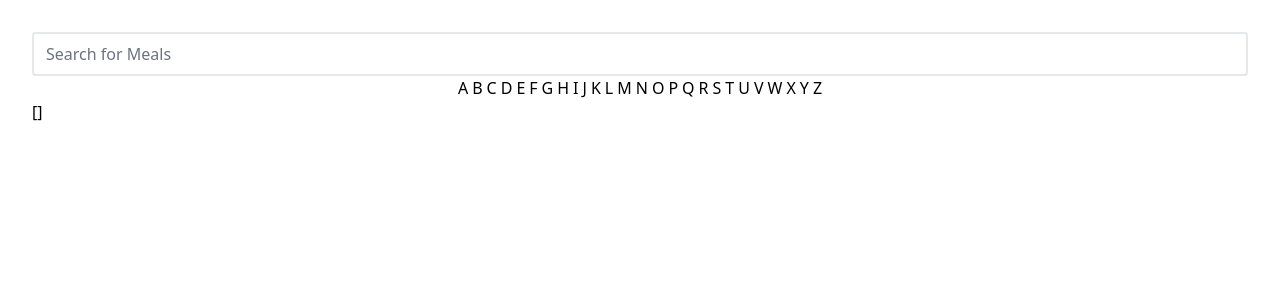
Repository: HalemX/meals
Page: /
The author's editor kept a copy of each file at every save. The page is drawn from the files as they stood at one save, then again after the next save.
The browser window is 1280 px wide. The pictures show the whole page.
The project was rebuilt for these pictures with package versions that can differ from the ones it lists, and the page was loaded fresh each time. Also part of the build but not shown: vite.config.js, src/pages/MealsList.vue.

Above is the page before, as saved 2024-02-08 15:07:52.

### src/main.js
import { createApp } from "vue";

import router from "./router";
import store from "./store";
import "./style.css";

import App from "./App.vue";

const app = createApp(App);
app.use(router);
app.use(store);

app.mount("#app");

### src/router/index.js
import { createRouter, createWebHistory } from "vue-router";

import Home from "../pages/Home.vue";
import MealsList from "../pages/MealsList.vue";

const routes = [
  {
    path: "/",
    name: "home",
    component: Home,
  },
  {
    path: "/letter/:letter",
    name: "byLetter",
    component: MealsList,
  },
];

const router = createRouter({
  history: createWebHistory(),
  routes,
});

export default router;

### src/store/index.js
import { createStore } from "vuex";

import mealsModule from "./modules/meals/index";

const store = createStore({
  modules: {
    mealsModule,
  },
});

export default store;

### src/App.vue
<template>
  <router-view />
</template>

<style scoped></style>

### src/pages/Home.vue
<template>
  <div class="flex flex-col p-8 justify-center">
    <input
      type="text"
      class="w-full rounded border-2 border-gray-200"
      placeholder="Search for Meals"
    />
    <div class="flex gap-1 justify-center">
      <router-link
        :to="{ name: 'byLetter', params: { letter } }"
        v-for="letter in letters"
        :key="letter"
      >
        {{ letter }}</router-link
      >
    </div>
    <div>{{ mealList }}</div>
  </div>
</template>

<script>
import { computed, ref } from "vue";
import { useStore } from "vuex";

export default {
  setup() {
    const store = useStore();
    const mealList = ref([]);
    const meals = computed(() => {
      return store.getters.getMeals;
    });

    mealList.value = meals.value;

    function loadMeals() {
      store.dispatch("fetchMeals");
    }

    function setMeals() {
      store.commit["setMeals"];
    }

    const letters = "ABCDEFGHIJKLMNOPQRSTUVWXYZ".split("");

    return { letters, loadMeals, mealList, setMeals };
  },
};
</script>

### src/store/modules/meals/index.js
import mutations from "./mutations";
import actions from "./actions";
import getters from "./getters";

export default {
  state() {
    return {
      meals: [],
    };
  },

  mutations,
  actions,
  getters,
};

### src/store/modules/meals/mutations.js
export default {
  setMeals(state) {
    state.meals = ["mohamed"];
  },
};

### src/store/modules/meals/actions.js
export default {
  fetchMeals(context) {
    context.commit("setMeals");
  },
};

// export default {
//   fetchMeals(context) {
//     //   const response = await fetch(
//     //     "www.themealdb.com/api/json/v1/1/list.php?i=list"
//     //   );
//     //   const responseData = await response.json();
//     //   if (!response.ok) {
//     //     const error = new Error(responseData.message || "Failed to fetch Meals");
//     //     throw error;
//     //   }
//     //   console.log(responseData);
//     //   // const meals = [];
//     //   // for (const key in responseData) {
//     //   //   const request = {
//     //   //     id: key,
//     //   //     coachId: coachId,
//     //   //     userEmail: responseData[key].userEmail,
//     //   //     message: responseData[key].message,
//     //   //   };
//     //   //   requests.push(request);
//     const responseData = ["mohamed"];
//     //   // }
//     context.commit("setMeals", responseData);
//     // }
//   },
// };

### src/store/modules/meals/getters.js
export default {
  getMeals(state) {
    return state.meals;
  },
};

### tailwind.config.js
/** @type {import('tailwindcss').Config} */
export default {
  content: ["./index.html", "./src/**/*.{vue,js,ts,jsx,tsx}"],
  theme: {
    extend: {},
  },
  plugins: [
    require("@tailwindcss/forms"),
    // ...
  ],
};

Loaded but not shown: index.html (common file); src/style.css (common file)

After the next save:
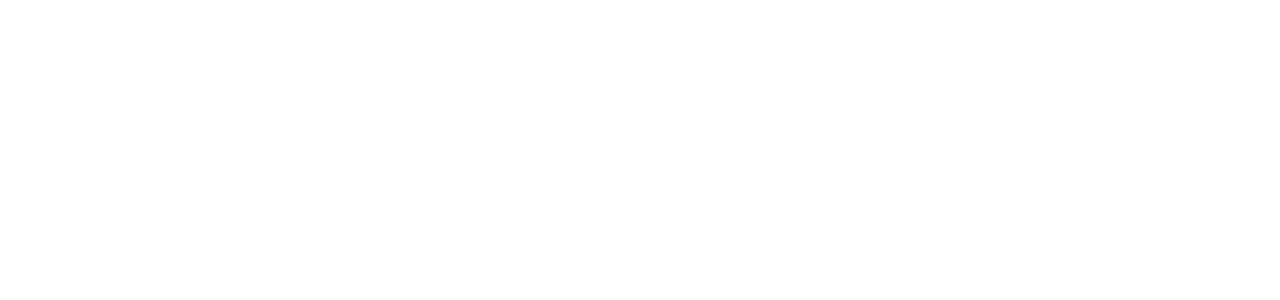
Console error: ReferenceError: setMeals is not defined
Saved 8 s later.
--- a/src/pages/Home.vue
+++ b/src/pages/Home.vue
@@ -36,10 +36,6 @@
       store.dispatch("fetchMeals");
     }
 
-    function setMeals() {
-      store.commit["setMeals"];
-    }
-
     const letters = "ABCDEFGHIJKLMNOPQRSTUVWXYZ".split("");
 
     return { letters, loadMeals, mealList, setMeals };

After the save that followed:
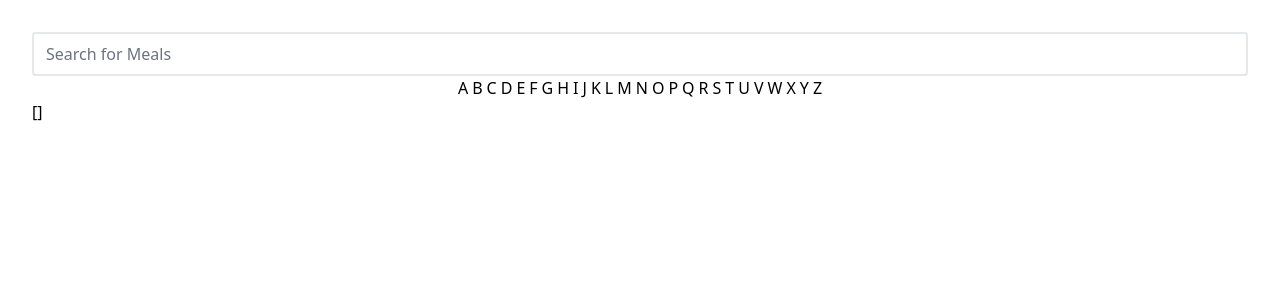
The error is gone.
Saved 26 s later.
--- a/src/pages/Home.vue
+++ b/src/pages/Home.vue
@@ -38,7 +38,7 @@
 
     const letters = "ABCDEFGHIJKLMNOPQRSTUVWXYZ".split("");
 
-    return { letters, loadMeals, mealList, setMeals };
+    return { letters, loadMeals, mealList };
   },
 };
 </script>
